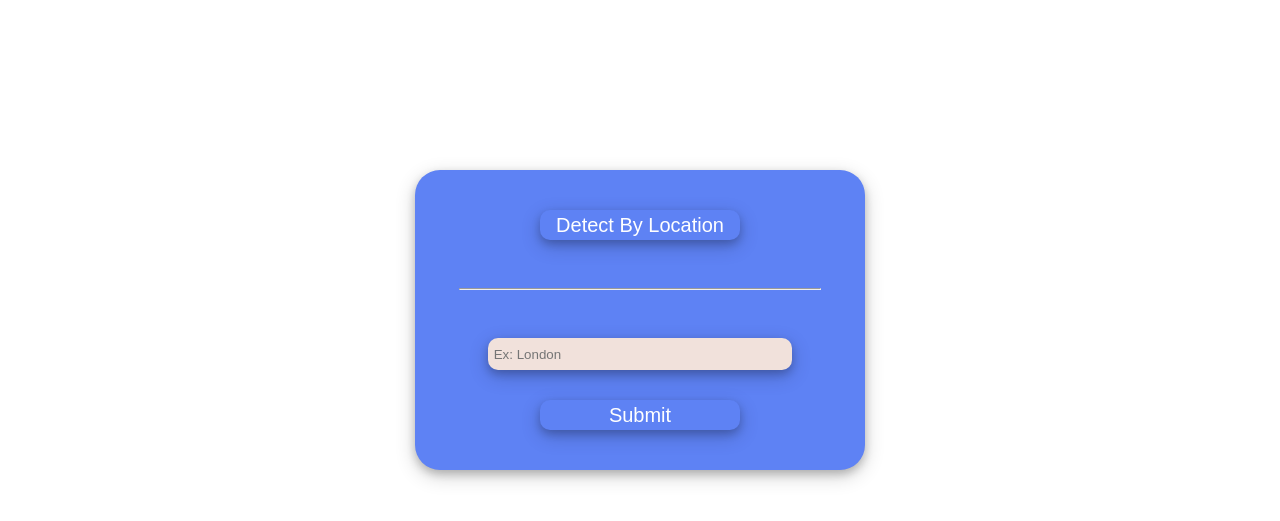
Repository: ahmedazawi/weather-app
Page: /
These files come from the project's save history. The page is drawn as it stood at one moment and after the next save; the edit follows.
The browser window is 1280 px wide. The pictures show the whole page.
The project was rebuilt for these pictures with package versions that can differ from the ones it lists, and the page was loaded fresh each time. Also part of the build but not shown: src/layout/Header.js, src/assets/css/details.css, src/assets/data/ContextApi.js, src/assets/css/SevenDaysCards.css, src/components/card.js, src/components/SevenDaysCards.js, src/assets/data/Api.js, src/components/Map.js and 2 more.

Above is the page before, as saved 2022-11-30 23:11:00.

After the next save:
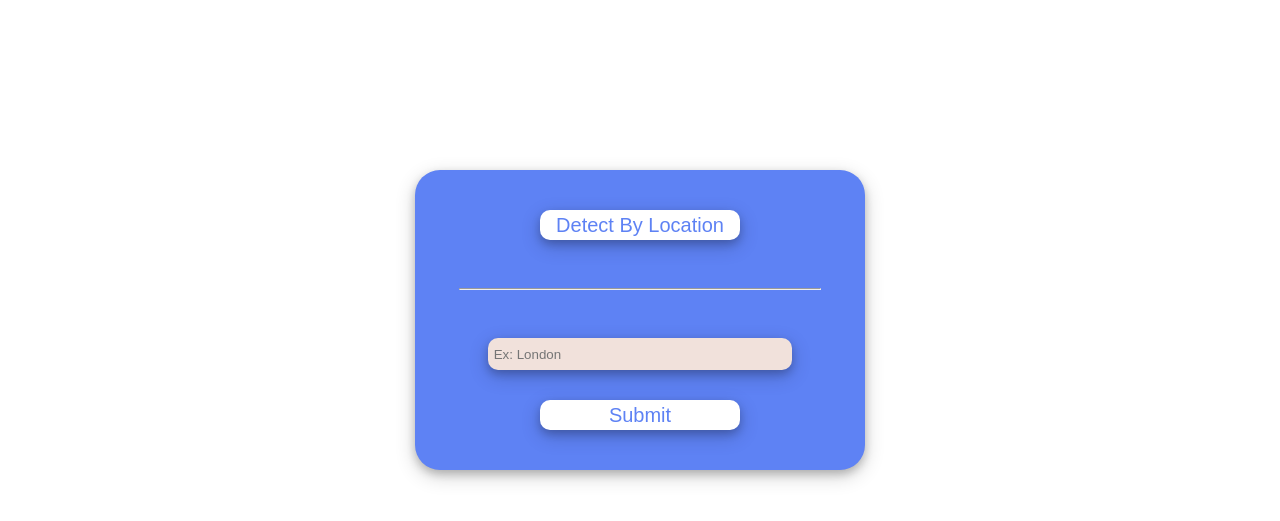
Saved 11 s later.
--- a/src/App.css
+++ b/src/App.css
@@ -60,8 +60,8 @@ body {
 .App .btn {
   border: none;
   border-radius: 10px;
-  color: var(--secondaryColor);
-  background-color: var(--primaryColor);
+  color: var(--primaryColor);
+  background-color: var(--secondaryColor);
   height: 30px;
   width: 200px;
   font-size: 20px;
